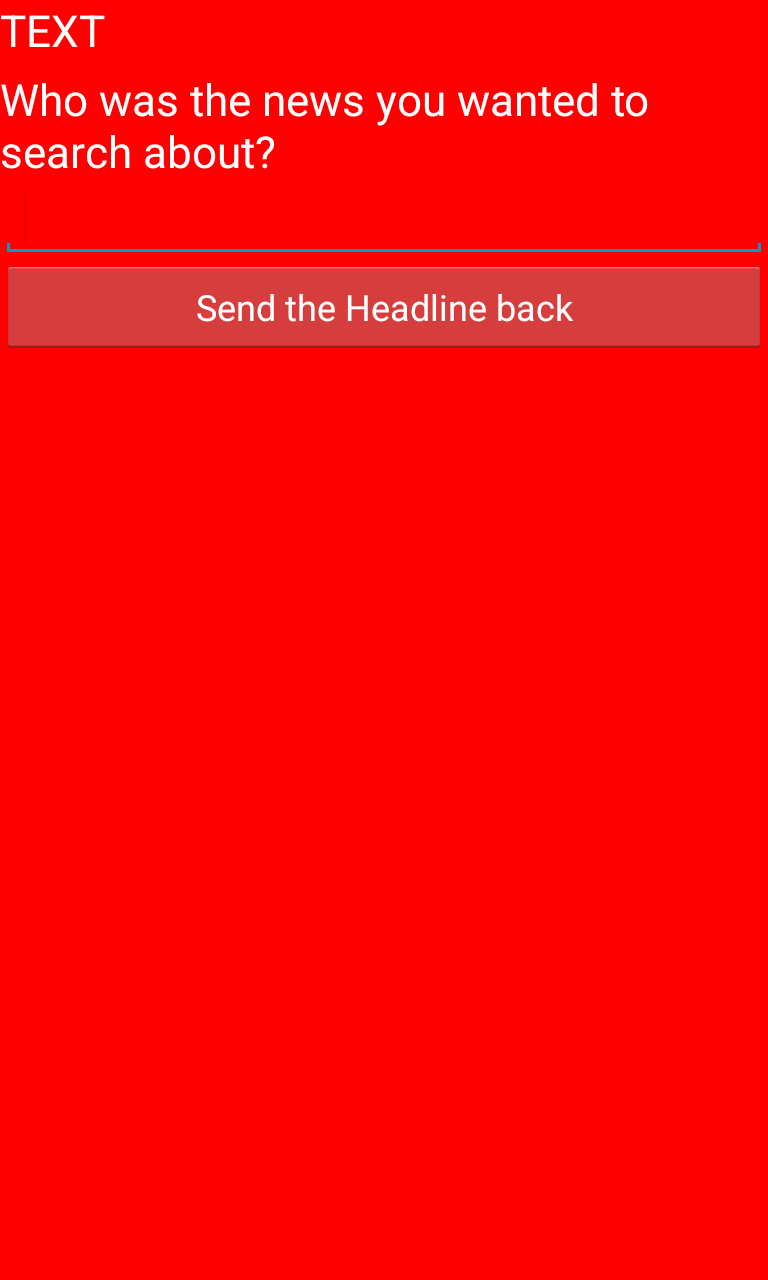
Repository: fsoDannis/FSO_JAVAII
Layout: JavaII_Week1/res/layout/activity_subscreen.xml
An editor plug-in stored every save of this project. The layout is shown before and after the next save, followed by the edit.
It is drawn on a 768 x 1280 px phone screen (xhdpi) without system bars, with theme AppTheme; the app's code is not run.

Above is the layout before, as saved 2013-05-10 00:54:32.

### JavaII_Week1/res/layout/activity_subscreen.xml
<?xml version="1.0" encoding="utf-8"?>
<LinearLayout xmlns:android="http://schemas.android.com/apk/res/android"
    android:layout_width="match_parent"
    android:layout_height="match_parent"
    android:orientation="vertical"
    android:background="#ff0000">
    <TextView
        android:id="@+id/textView1"
        android:layout_width="match_parent"
        android:layout_height="wrap_content"
        android:textAppearance="?android:attr/textAppearanceLarge"
        android:textColor="#ffffff"
        android:layout_marginBottom="10px"
        android:text="TEXT"/>
    <TextView
        android:id="@+id/textView2"
        android:layout_width="match_parent"
        android:layout_height="wrap_content"
        android:textAppearance="?android:attr/textAppearanceLarge"
        android:textColor="#ffffff"
        android:text="Who was the news you wanted to search about?"/>
    <EditText
        android:id="@+id/editText2"
        android:layout_width="match_parent"
        android:layout_height="wrap_content"
        android:ems="10" >
        <requestFocus />
    </EditText>
    <Button
        android:id="@+id/button2"
        android:layout_width="match_parent"
        android:layout_height="wrap_content"
        android:text="Send the Headline back"
        android:textColor="#ffffff"/>
</LinearLayout>

Loaded but not shown: JavaII_Week1/res/values/styles.xml (common file); JavaII_Week1/res/values-v11/styles.xml (common file); JavaII_Week1/res/values-v14/styles.xml (common file)

After the next save:
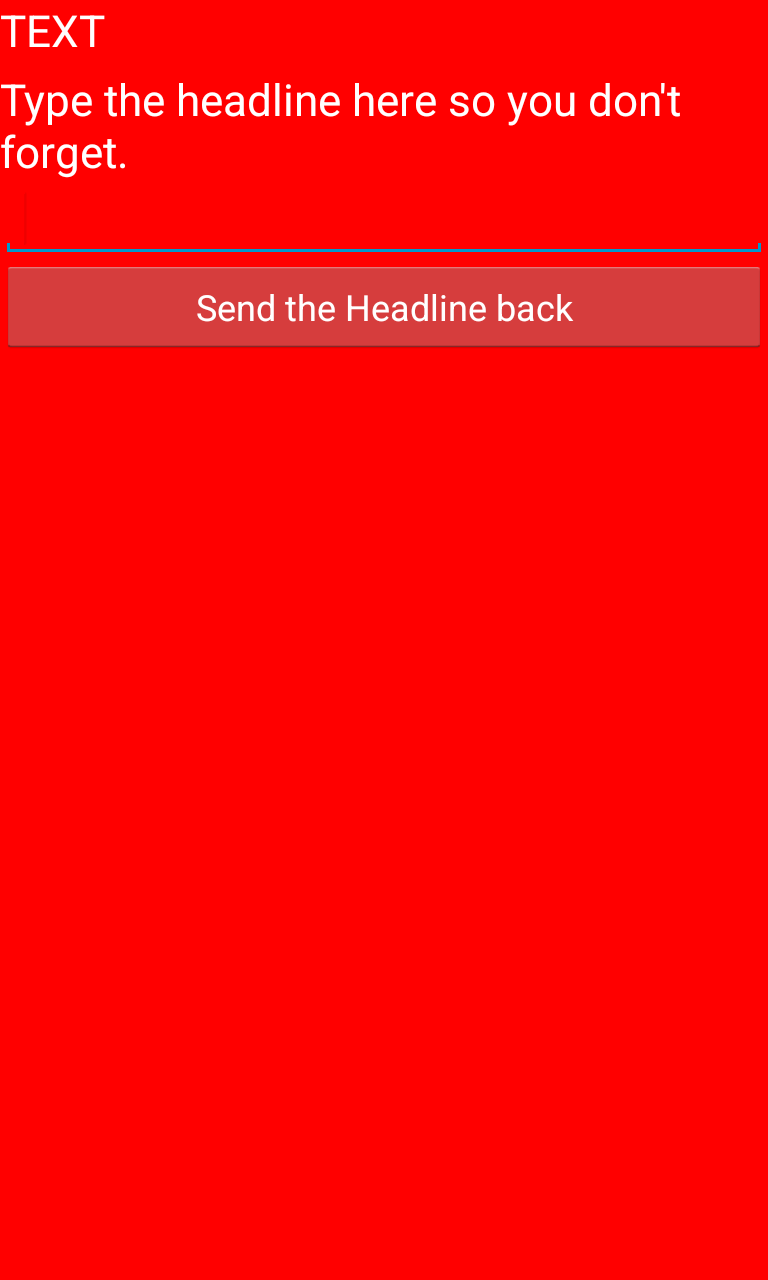
Saved 97 s later.
--- a/JavaII_Week1/res/layout/activity_subscreen.xml
+++ b/JavaII_Week1/res/layout/activity_subscreen.xml
@@ -18,7 +18,7 @@
         android:layout_height="wrap_content"
         android:textAppearance="?android:attr/textAppearanceLarge"
         android:textColor="#ffffff"
-        android:text="Who was the news you wanted to search about?"/>
+        android:text="Type the headline here so you don't forget."/>
     <EditText
         android:id="@+id/editText2"
         android:layout_width="match_parent"
